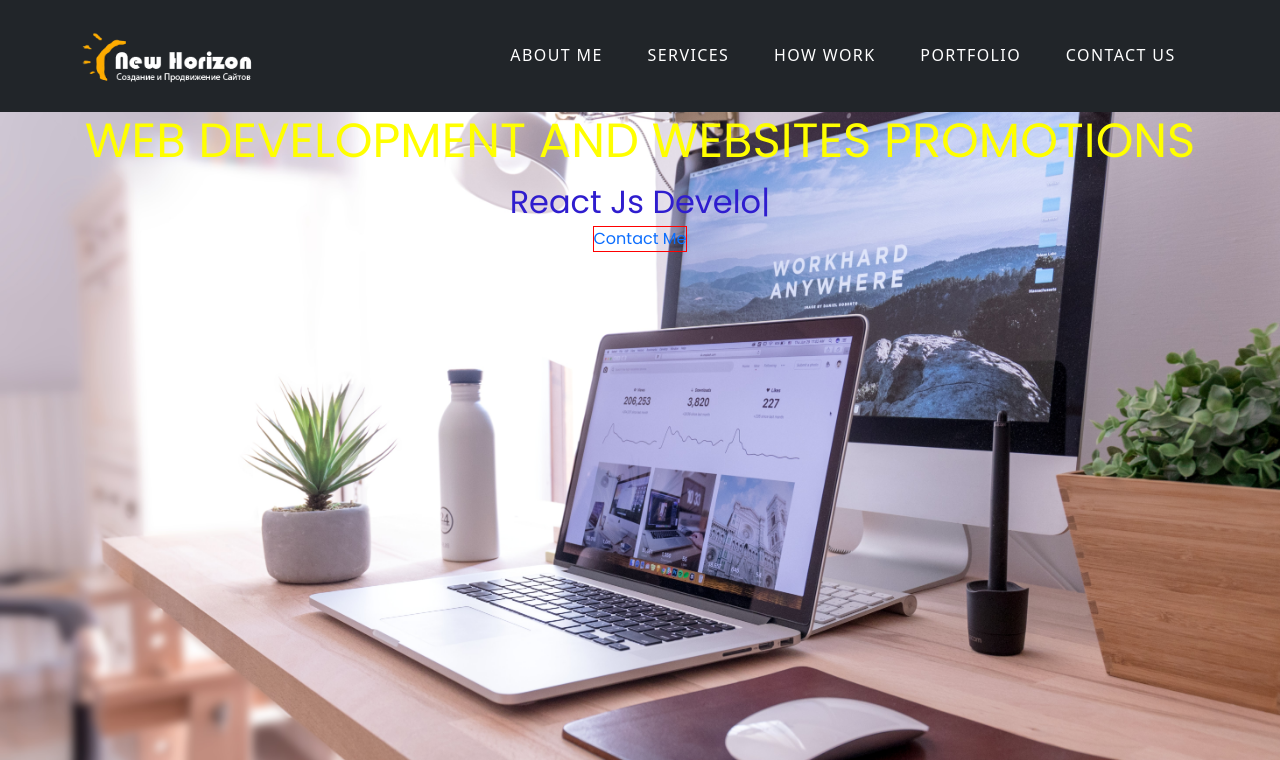
Repository: ahmedibrahimhassan654/React-Bootstrap-5
Page: /
These files come from the project's save history. The page is drawn as it stood at one moment and after a run of saves; the edit follows.
The browser window is 1280 px wide. The pictures show the whole page.
The project was rebuilt for these pictures with package versions that can differ from the ones it lists, and the page was loaded fresh each time.

Above is the page before, as saved 2021-11-25 07:31:44.

After the next 10 saves:
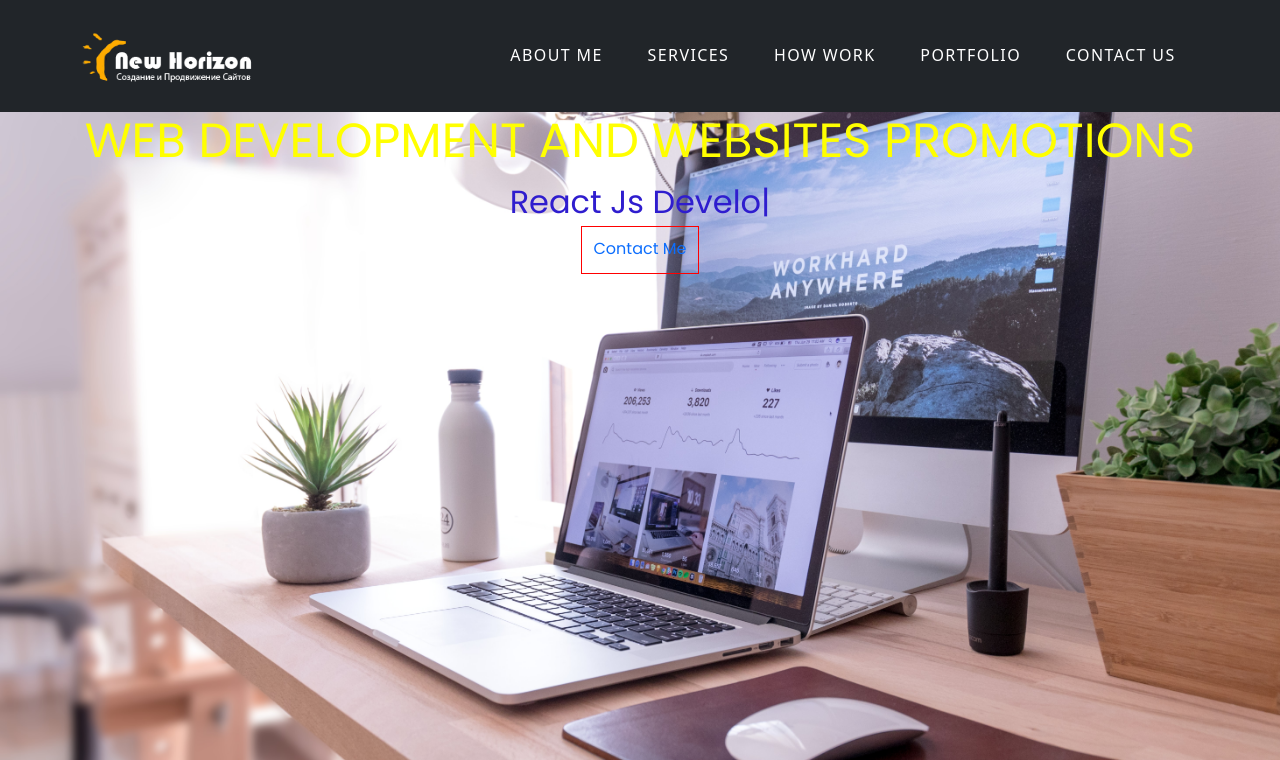
The 10 saves are shown as one change because they came seconds apart.
The last was saved 31 s later.
--- a/src/App.css
+++ b/src/App.css
@@ -75,5 +75,5 @@ nav ul li {
   border: 1px solid red;
   text-decoration: none;
   border-radius: 0;
-  padding: auto;
+  padding: 10px 12px 12px 12px;
 }
